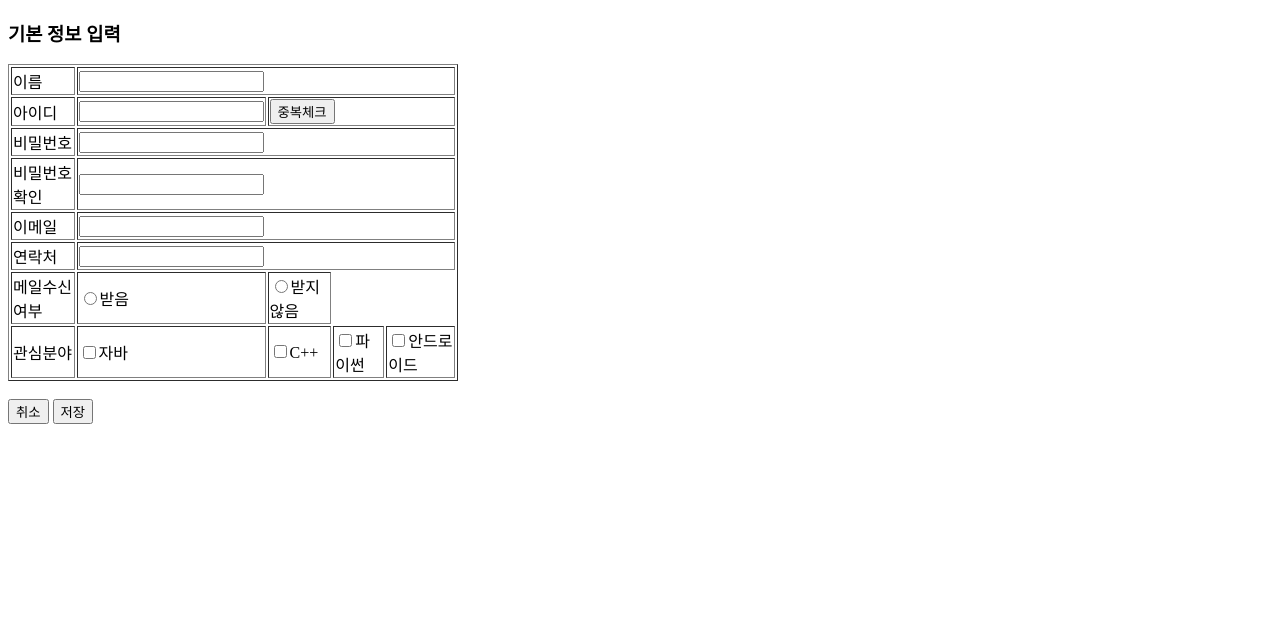
Repository: angelSuho/KCC_Learning_Repo
Page: Html/WebContent/mission03.html
These files come from the project's save history. The page is drawn as it stood at one moment and after the next save; the edit follows.
The browser window is 1280 px wide. The pictures show the whole page.

Above is the page before, as saved 2024-07-08 06:25:08.

After the next save:
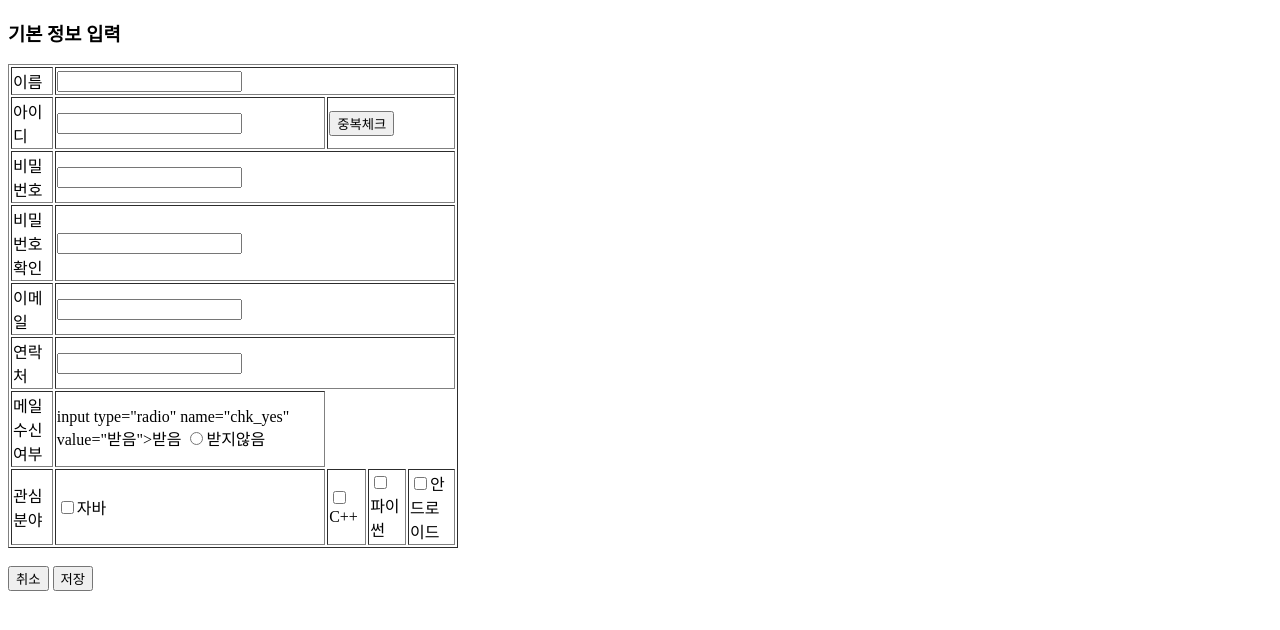
Saved 18 s later.
--- a/Html/WebContent/mission03.html
+++ b/Html/WebContent/mission03.html
@@ -47,8 +47,8 @@
 			</tr>
 			<tr>
 				<td>메일수신여부</td>
-				<td><input type="radio" name="chk_yes" value="받음">받음</td>
-				<td><input type="radio" name="chk_no" value="받지않음">받지않음</td>
+				<td>input type="radio" name="chk_yes" value="받음">받음
+				<input type="radio" name="chk_no" value="받지않음">받지않음</td>
 			</tr>
 			<tr>
 				<td>관심분야</td>
